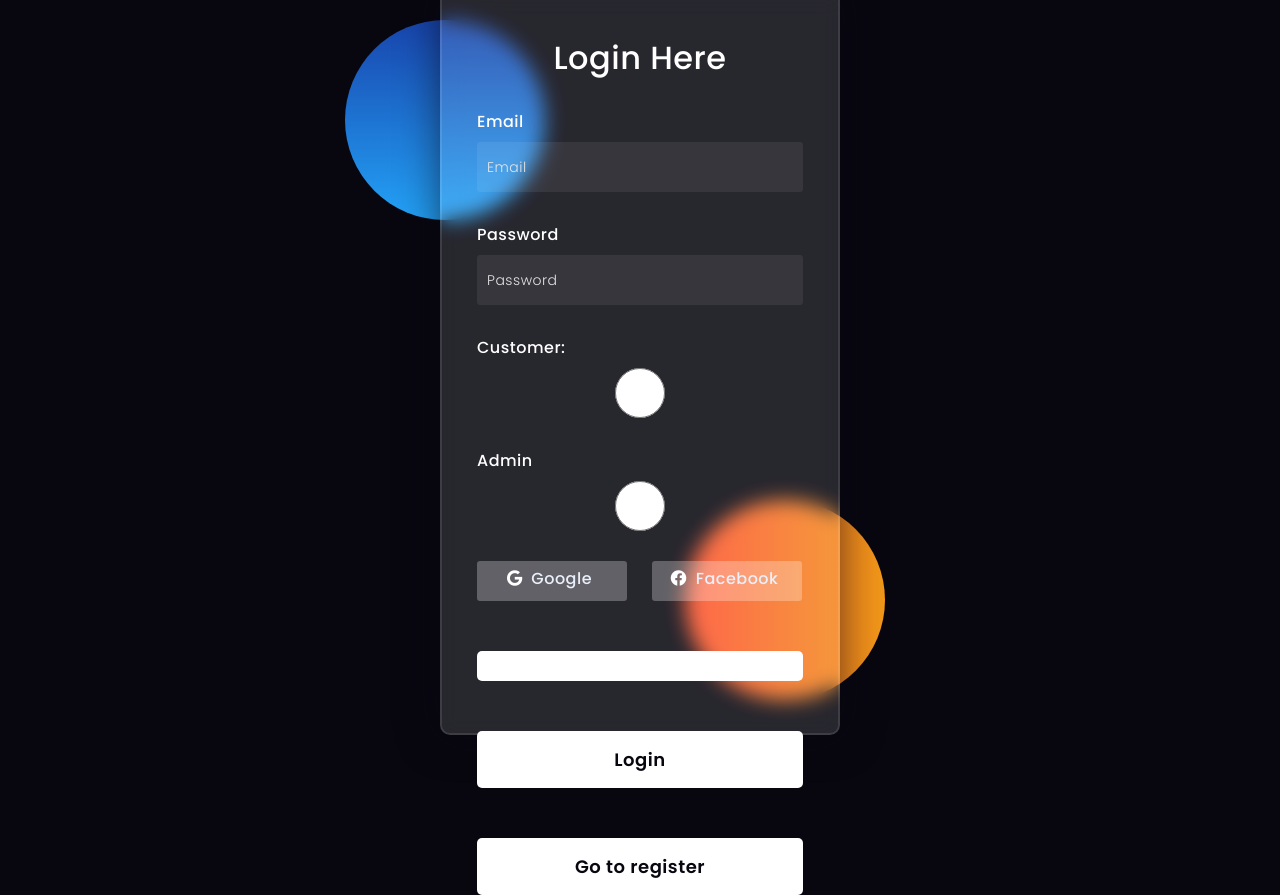
Repository: NguyenHuy-lang/FE-project
Page: sign-in-up/login.html
An editor plug-in stored every save of this project. The page is shown before and after the next save, followed by the edit.
The browser window is 1280 px wide. The pictures show the whole page.

Above is the page before, as saved 2023-05-11 15:49:35.

### sign-in-up/login.html
<!DOCTYPE html>
<html lang="en">

<head>
    <!-- Design by foolishdeveloper.com -->
    <title>Wellcome to my e-shop</title>

    <link rel="preconnect" href="https://fonts.gstatic.com">
    <link rel="stylesheet" href="https://cdnjs.cloudflare.com/ajax/libs/font-awesome/5.15.4/css/all.min.css">
    <link href="https://fonts.googleapis.com/css2?family=Poppins:wght@300;500;600&display=swap" rel="stylesheet">
    <!--Stylesheet-->
    <style media="screen">
        *,
        *:before,
        *:after {
            padding: 0;
            margin: 0;
            box-sizing: border-box;
        }

        body {
            background-color: #080710;
        }

        .background {
            width: 430px;
            height: 520px;
            position: absolute;
            transform: translate(-50%, -50%);
            left: 50%;
            top: 50%;
        }

        .background .shape {
            height: 200px;
            width: 200px;
            position: absolute;
            border-radius: 50%;
        }

        .shape:first-child {
            background: linear-gradient(#1845ad,
                    #23a2f6);
            left: -80px;
            top: -80px;
        }

        .shape:last-child {
            background: linear-gradient(to right,
                    #ff512f,
                    #f09819);
            right: -30px;
            bottom: -80px;
        }

        form {
            height: 750px;
            width: 400px;
            background-color: rgba(255, 255, 255, 0.13);
            position: absolute;
            transform: translate(-50%, -50%);
            top: 50%;
            left: 50%;
            border-radius: 10px;
            backdrop-filter: blur(10px);
            border: 2px solid rgba(255, 255, 255, 0.1);
            box-shadow: 0 0 40px rgba(8, 7, 16, 0.6);
            padding: 50px 35px;
        }

        form * {
            font-family: 'Poppins', sans-serif;
            color: #ffffff;
            letter-spacing: 0.5px;
            outline: none;
            border: none;
        }

        form h3 {
            font-size: 32px;
            font-weight: 500;
            line-height: 42px;
            text-align: center;
        }

        label {
            display: block;
            margin-top: 30px;
            font-size: 16px;
            font-weight: 500;
        }

        input {
            display: block;
            height: 50px;
            width: 100%;
            background-color: rgba(255, 255, 255, 0.07);
            border-radius: 3px;
            padding: 0 10px;
            margin-top: 8px;
            font-size: 14px;
            font-weight: 300;
        }

        ::placeholder {
            color: #e5e5e5;
        }

        button {
            margin-top: 50px;
            width: 100%;
            background-color: #ffffff;
            color: #080710;
            padding: 15px 0;
            font-size: 18px;
            font-weight: 600;
            border-radius: 5px;
            cursor: pointer;
        }

        .social {
            margin-top: 30px;
            display: flex;
        }

        .social div {
            background: red;
            width: 150px;
            border-radius: 3px;
            padding: 5px 10px 10px 5px;
            background-color: rgba(255, 255, 255, 0.27);
            color: #eaf0fb;
            text-align: center;
        }

        .social div:hover {
            background-color: rgba(255, 255, 255, 0.47);
        }

        .social .fb {
            margin-left: 25px;
        }

        .social i {
            margin-right: 4px;
        }
    </style>
</head>

<body>
    <div class="background">
      <div class="shape"></div>
      <div class="shape"></div>
    </div>
    <form id="my-form">
      <h3>Login Here</h3>

      <label for="email">Email</label>
      <input type="text" placeholder="Email" id="email" />

        <label for="password">Password</label>
        <input type="password" placeholder="Password" id="password">

        <label for="gender">Customer:</label>
        <input type="radio" id="customer" name="role" value="CUSTOMER">
        <label for="male">Admin</label>
        <input type="radio" id="admin" name="role" value="ADMIN">


        <div class="social">
            <div class="go" onclick="googleSignIn()"><i class="fab fa-google"></i> Google</div>
            <div class="fb" onClick="facebookSignIn()"><i class="fab fa-facebook"></i> Facebook</div>
        </div>
        <button></button>
        <button onclick="login()">Login</button>
        <button onclick="goRegister()">Go to register</button>

    </form>
  </body>
  <script>
    const form = document.getElementById("my-form");
    form.addEventListener("submit", function (event) {
        event.preventDefault();
        // Your form submission code here
    });
</script>
<script src="login.js"></script>

</html>

### sign-in-up/login.js
function googleSignIn() {
    let oauth2EndPoint = "https://accounts.google.com/o/oauth2/v2/auth"

    let form = document.createElement('form')
    form.setAttribute('method', 'GET')
    form.setAttribute('action', oauth2EndPoint)

    let params = {
        "client_id": "94808415300-4453e41v16brkcd4l4gj3nbs3spq7ode.apps.googleusercontent.com",
        "redirect_uri": "http://127.0.0.1:5500/html/main/shop.html",
        "response_type": "token",
        "scope": "https://www.googleapis.com/auth/userinfo.profile https://www.googleapis.com/auth/userinfo.email",
        "include_granted_scopes": "true",
        "state": "pass-through-value"

    }

    for (var p in params) {
        let input = document.createElement('input')
        input.setAttribute('type', 'hiden')
        input.setAttribute('name', p)
        input.setAttribute('value', params[p])
        form.appendChild(input)
    }
    document.body.appendChild(form)
    form.submit()
}

function login() {
    console.log("onclick")
    var memail = document.querySelector("#email").value;

    if (memail == null) {
        memail = document.querySelector("#email").textContent;
    }
    var mpassword = document.querySelector("#password").value;

    var murl = "http://localhost:8080/api/v1/auth/authenticate";
    const loginData = {
        email: memail,
        password: mpassword
    }

    var mrole;
    console.log(loginData)
    var load = document.querySelector("#email");
    load.textContent = "loading login";

    if(document.querySelector("#customer").checked) {
        mrole = 'customer';
    } else {
        mrole = 'admin';
    }

    console.log("role is ", mrole);

    fetch(murl, {
        method: 'POST',
        headers: {
            'Content-Type': "application/json",
        },
        body: JSON.stringify(loginData)
    })
        .then(response => {
            if (!response.ok) {
                throw new Error('Failed to log in');
            }
            return response.json();

        })
        .then(data => {
            console.log(data)
            console.log(data.token)
            console.log("log in ok")
            localStorage.setItem("accessToken", data.token)
            load.textContent = "Congratulations login success";
            console.log(mrole)
            if (mrole == 'customer'){
                window.location.href = "http://127.0.0.1:5500/html/main/shop.html"; // replace with your main page URL
            } else {
                window.location.href = "http://127.0.0.1:5500/html/admin/index.html"; // replace with your main page URL
            }

        })
        .catch(error => {
            console.log('Error:', error);
        });
}

function goRegister() {
    window.location.href = 'http://127.0.0.1:5500/sign-in-up/register.html';
}

After the next save:
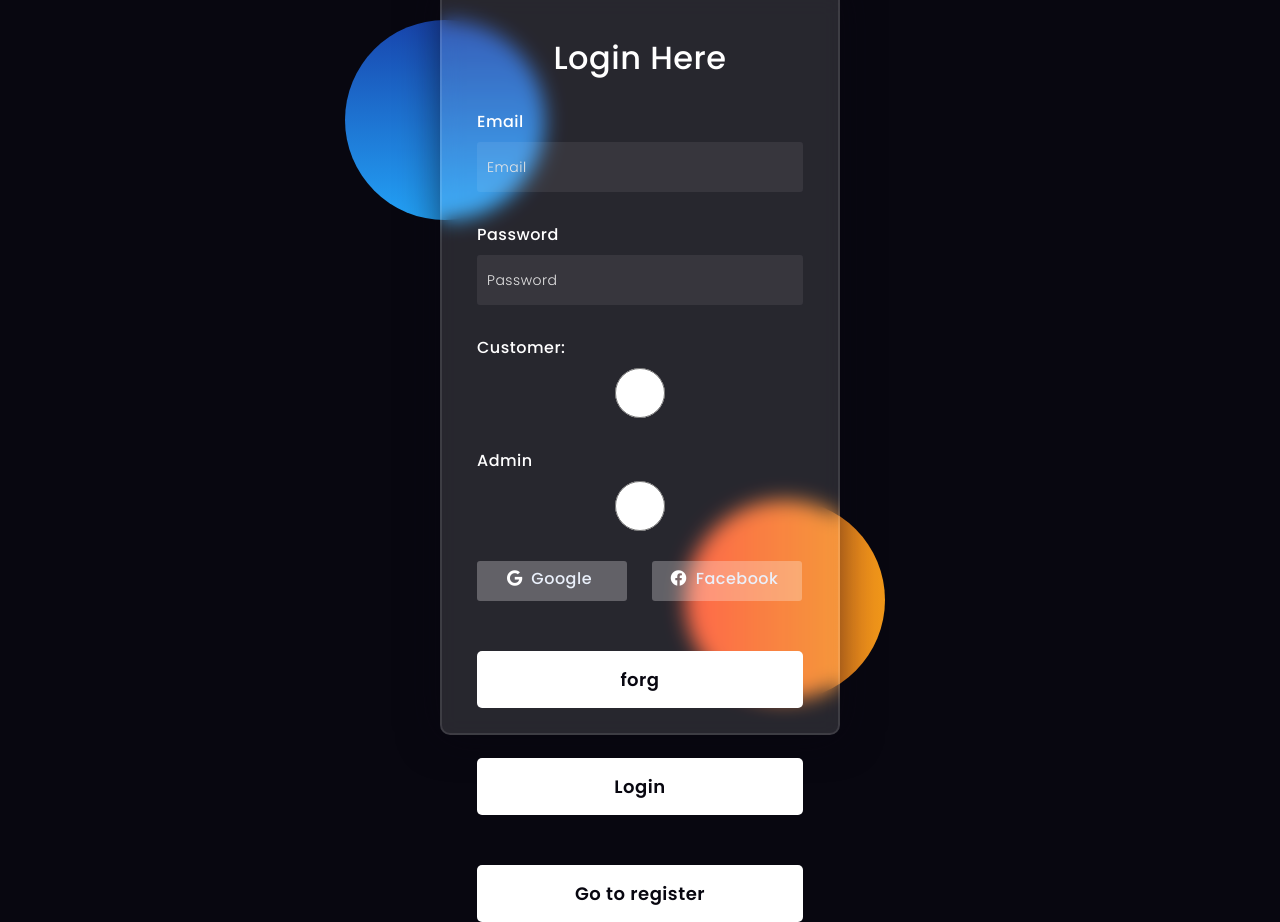
Saved 6 s later.
--- a/sign-in-up/login.html
+++ b/sign-in-up/login.html
@@ -171,7 +171,7 @@
             <div class="go" onclick="googleSignIn()"><i class="fab fa-google"></i> Google</div>
             <div class="fb" onClick="facebookSignIn()"><i class="fab fa-facebook"></i> Facebook</div>
         </div>
-        <button></button>
+        <button>forg</button>
         <button onclick="login()">Login</button>
         <button onclick="goRegister()">Go to register</button>
 
